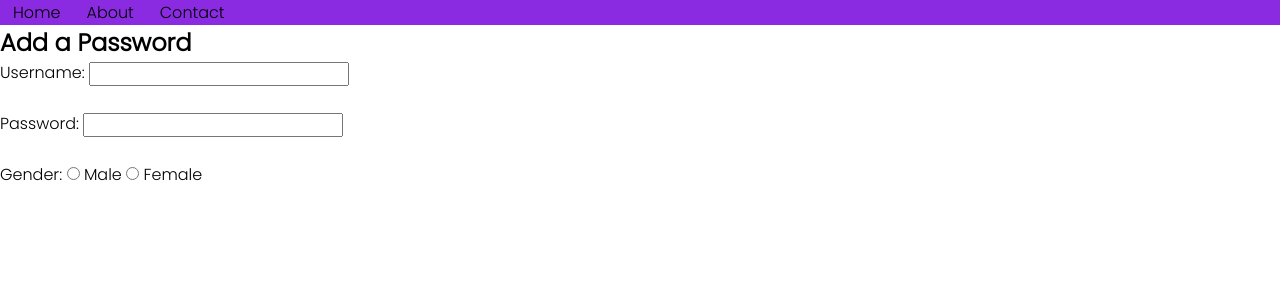
Repository: Abhi2807ar/PASSWORD-MANAGER
Page: index.html
The author's editor kept a copy of each file at every save. The page is drawn from the files as they stood at one save, then again after the next save.
The browser window is 1280 px wide. The pictures show the whole page.

Above is the page before, as saved 2024-10-14 14:39:57.

### index.html
<!DOCTYPE html>
<html lang="en">
<head>
    <meta charset="UTF-8">
    <meta name="viewport" content="width=device-width, initial-scale=1.0">
    <title>Documentx</title>
    <style>
@import url('https://fonts.googleapis.com/css2?family=Poppins:wght@200;300&display=swap');
*{
    margin:0;
    padding:0;
    font-family: "Poppins", sans-serif;;
 }
 nav{ background-color: blueviolet;
 }
 ul{
    display:flex;

 }
 ul li{
    list-style:none;
margin:0 13px;
 }
 table tr{
    border:2px solid black

 }
td{

}
</style>

</head>

<body>
    <nav>
        <ul>
            <li>Home</li>
            <li>About</li>
            <li>Contact</li>

        </ul>

    </nav>
    <div class="'container">
        <h1></h1>

    </div>
    <h2>Add a Password</h2>
    <form action="/submit" method="post">
        <!-- Text input for username -->
        <label for="username">Username:</label>
        <input type="text" id="username" name="username" required>
        <br><br>

        <!-- Password input -->
        <label for="password">Password:</label>
        <input type="password" id="password" name="password" required>
        <br><br>

        <!-- Radio buttons for gender -->
        <label>Gender:</label>
        <input type="radio" id="male" name="gender" value="male">
        <label for="male">Male</label>
        <input type="radio" id="female" name="gender" value="female">
        <label for="female">Female</label>
</body>
</html>

After the next save:
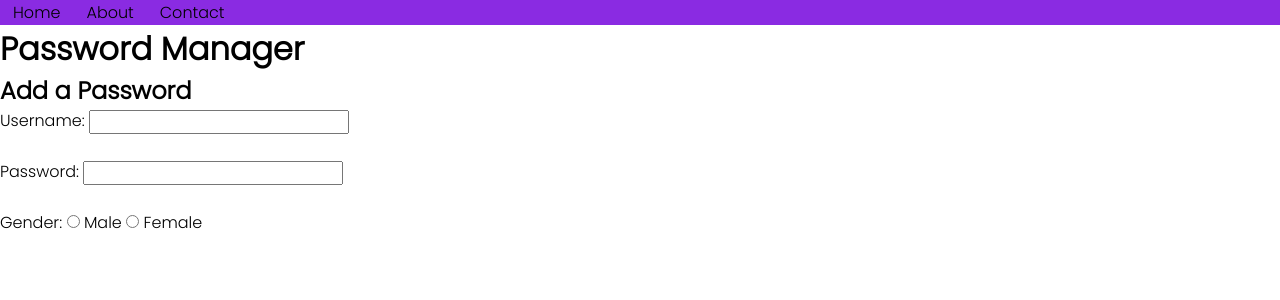
Saved 8 s later.
--- a/index.html
+++ b/index.html
@@ -43,7 +43,7 @@ td{
 
     </nav>
     <div class="'container">
-        <h1></h1>
+        <h1>Password Manager</h1>
 
     </div>
     <h2>Add a Password</h2>
